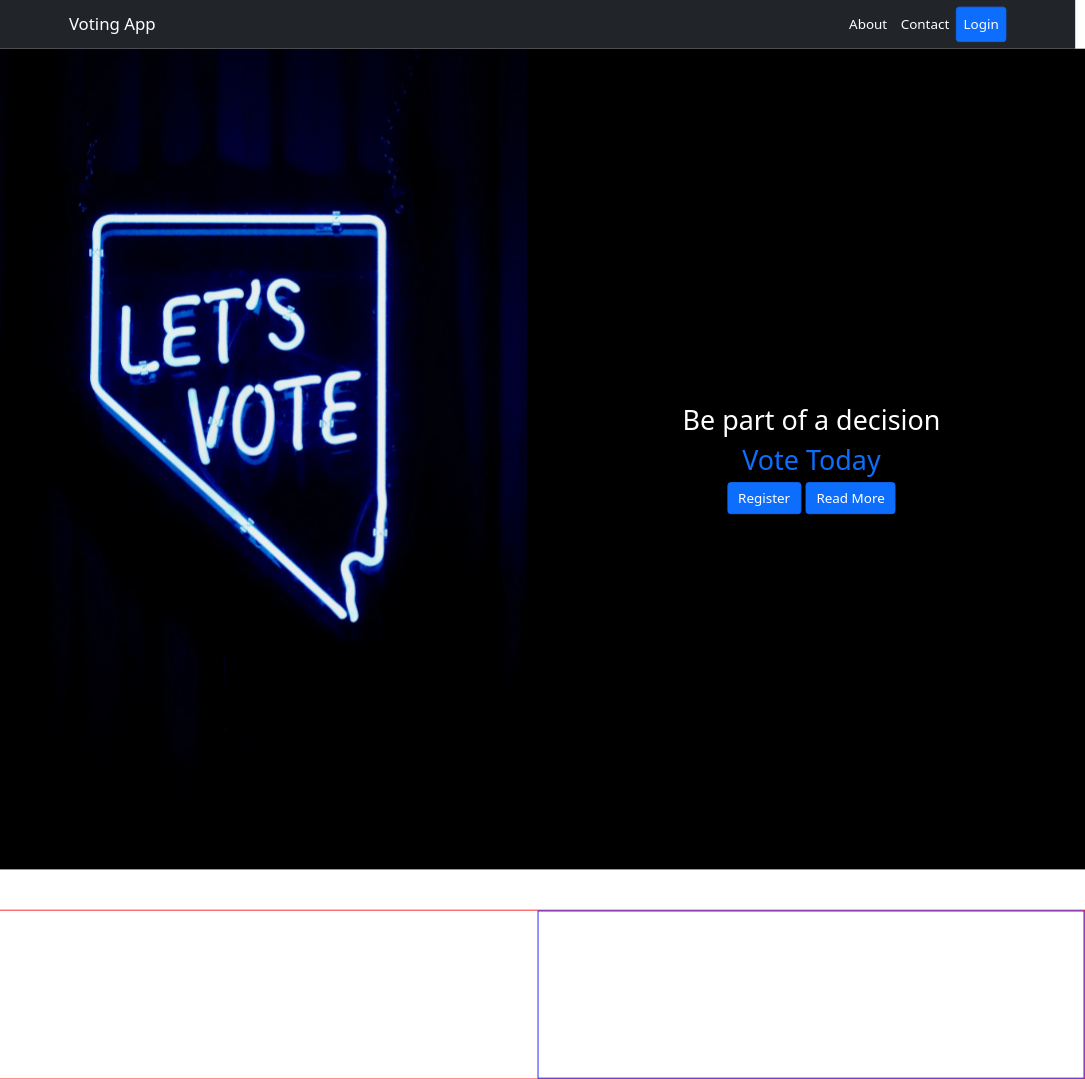
Repository: DavidManiIbrahim/Voting-app
Page: index.html
These files come from the project's save history. The page is drawn as it stood at one moment and after the next save; the edit follows.
The browser window is 1280 px wide. The page is 1292 px wide, so the pictures cover 1292 px, including what lies to the right of the window. The pictures show the whole page, at 84% of full size.

Above is the page before, as saved 2025-01-18 04:36:41.

After the next save:
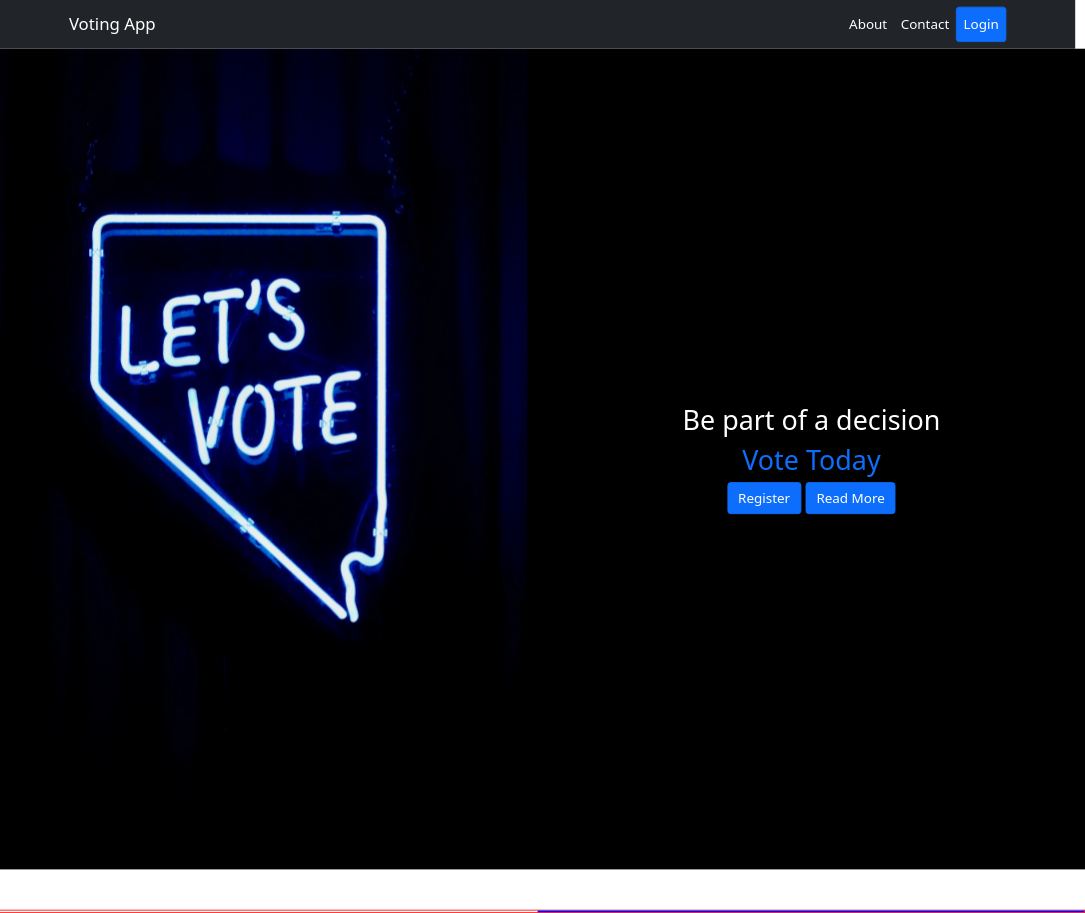
Saved 5 s later.
--- a/styles.css
+++ b/styles.css
@@ -26,7 +26,7 @@
 
 .box{
     width:50%;
-
+    i
     height:200px;
 }
 

After the 4 saves that followed:
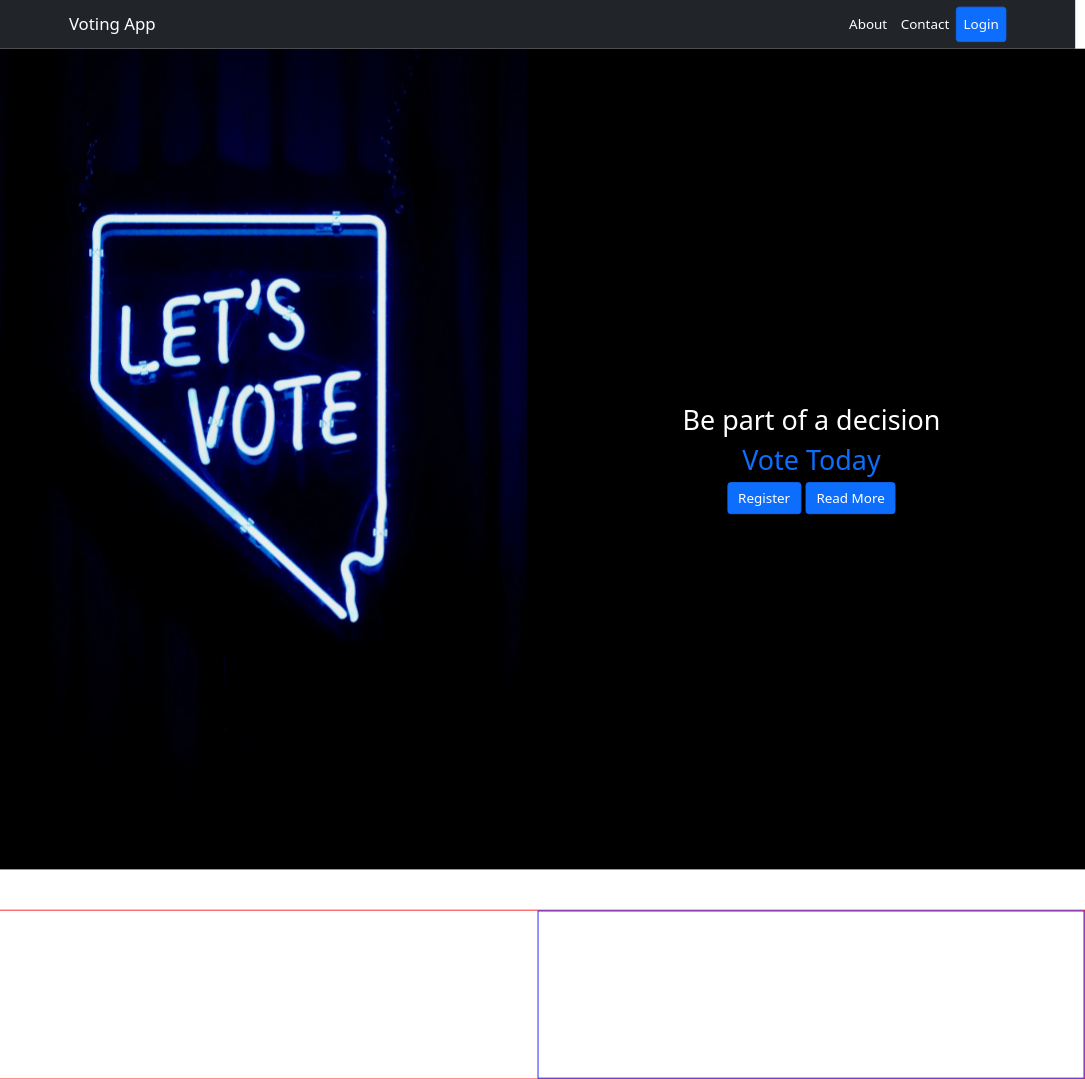
The 4 saves are shown as one change because 1 left the picture as it was and some came seconds apart.
The last was saved 14 s later.
--- a/styles.css
+++ b/styles.css
@@ -26,7 +26,7 @@
 
 .box{
     width:50%;
-    i
+    border:1px sol;
     height:200px;
 }
 
